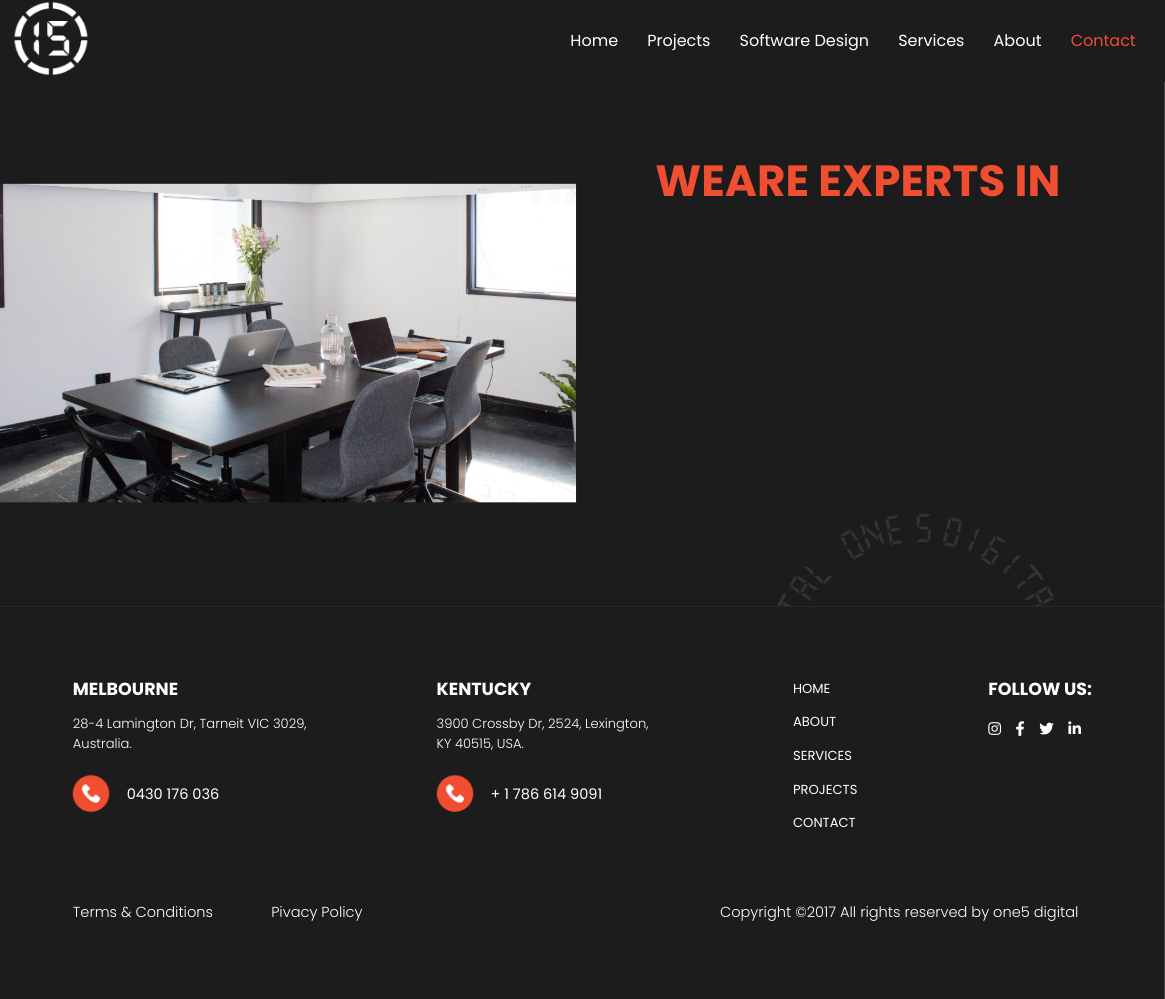
Repository: gopalpurohit54/one5
Page: /Contact
An editor plug-in stored every save of this project. The page is shown before and after the next save, followed by the edit.
The browser window is 1280 px wide. The pictures show the whole page, at 91% of full size.
The project was rebuilt for these pictures with package versions that can differ from the ones it lists, and the page was loaded fresh each time. Also part of the build but not shown: src/components/Button.js, src/components/HeroSection.css, src/components/HeroSection.js, src/components/OurProjects.css, src/components/OurProjects.js, src/components/OurServices.js, src/components/AboutUs.css, src/components/AboutUs.js and 30 more.

Above is the page before, as saved 2021-06-22 13:41:45.

After the next save:
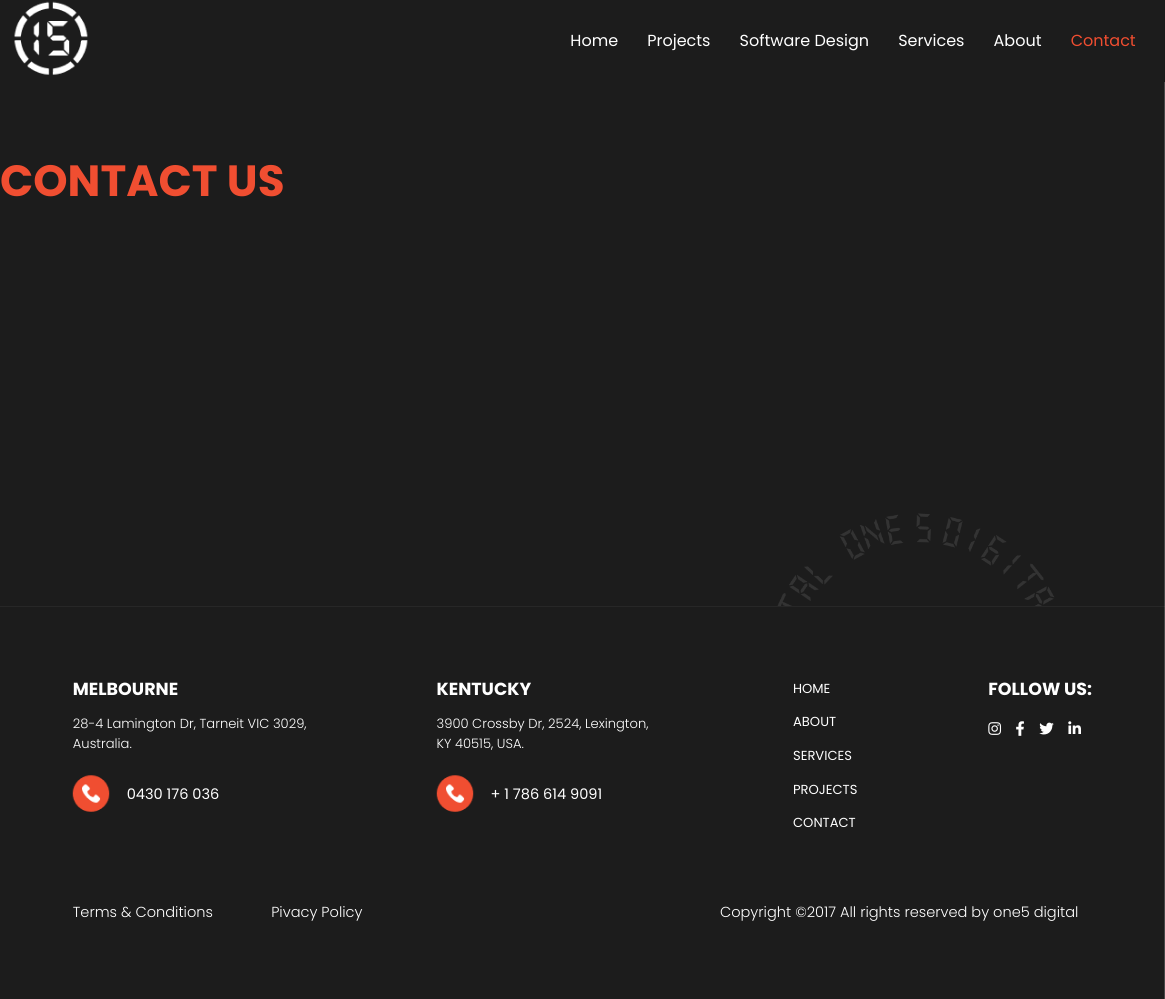
Saved 4 s later.
--- a/src/components/ContactPage.js
+++ b/src/components/ContactPage.js
@@ -5,10 +5,10 @@ function ContactPage() {
     return (
         <div className="contactpage">
             <div className="exp-left">
-                <img className="exp-img" src= "./expert-about.png" alt= "Loading..." />
+                <h1>CONTACT US</h1>
             </div>
             <div className="exp-right">
-                <h1>WEARE EXPERTS IN</h1>
+
             </div>
         </div>
     )
